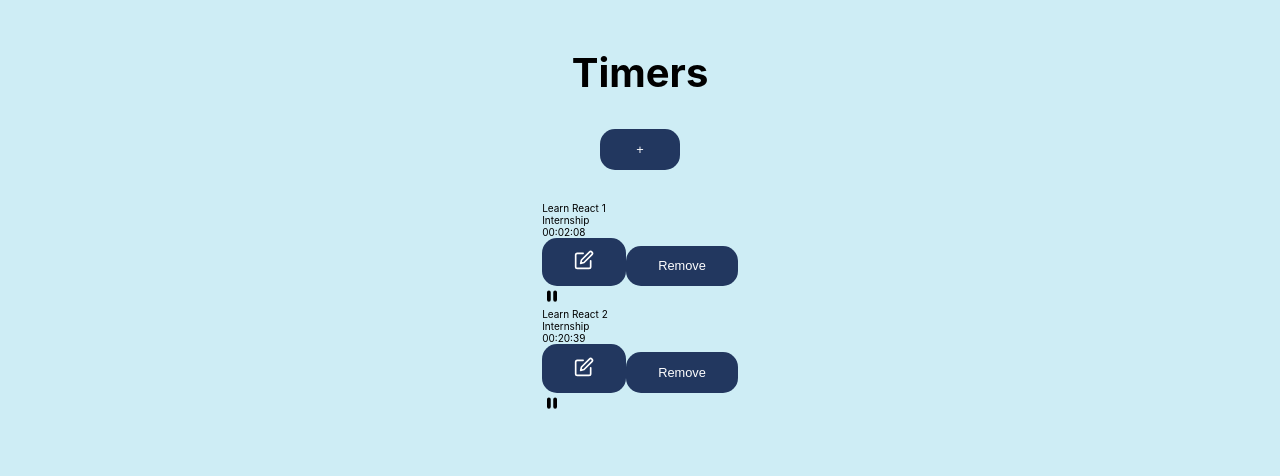
Repository: dqhuy153/react-timer
Page: /
These files come from the project's save history. The page is drawn as it stood at one moment and after the next save; the edit follows.
The browser window is 1280 px wide. The pictures show the whole page.
The project was rebuilt for these pictures with package versions that can differ from the ones it lists, and the page was loaded fresh each time. Also part of the build but not shown: src/components/TimerForm/TimerForm.module.scss, src/components/TimerForm/index.jsx, src/components/EditableTimerForm/EditableTimerForm.module.scss.

Above is the page before, as saved 2021-10-26 17:16:28.

After the next save:
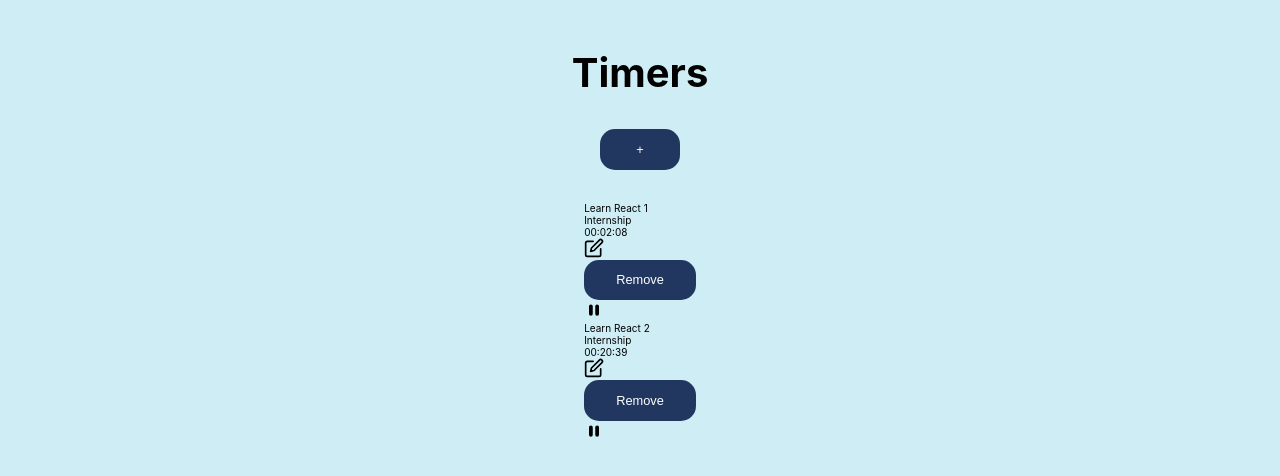
Saved 11 s later.
--- a/src/components/Timer/index.jsx
+++ b/src/components/Timer/index.jsx
@@ -27,9 +27,9 @@ const Timer = ({
       <p>{millisecondsToHuman(timer)}</p>
 
       <div>
-        <Button onClick={onEdit}>
+        <div onClick={onEdit}>
           <FiEdit size={20} />
-        </Button>
+        </div>
         <Button onClick={onRemove}>Remove</Button>
       </div>
 
